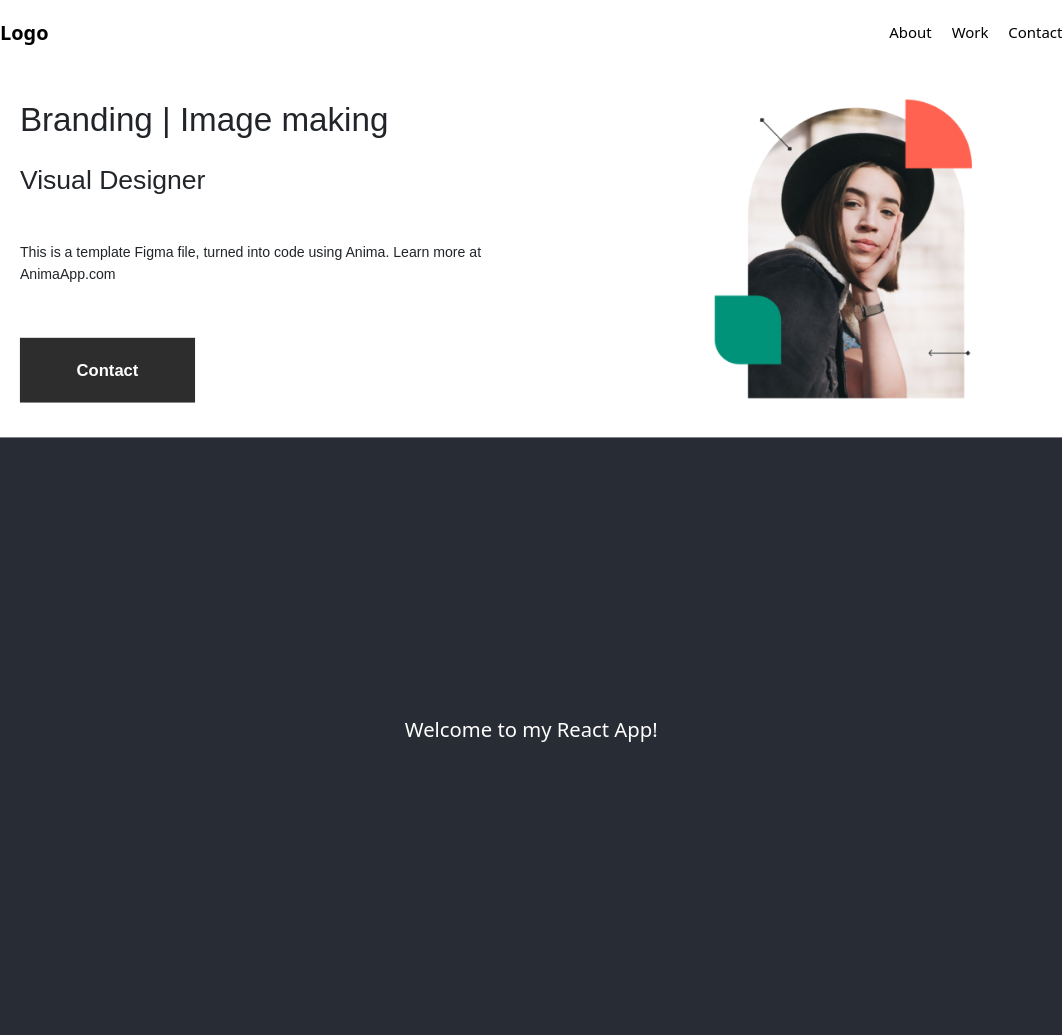
Repository: nida463/project-portofolio
Page: /
An editor plug-in stored every save of this project. The page is shown before and after the next save, followed by the edit.
The browser window is 1280 px wide. The pictures show the whole page, at 83% of full size.
Pictures or frames that could not be fetched are drawn as grey boxes. The project was rebuilt for these pictures with package versions that can differ from the ones it lists, and the page was loaded fresh each time.

Above is the page before, as saved 2024-09-17 20:39:49.

After the next save:
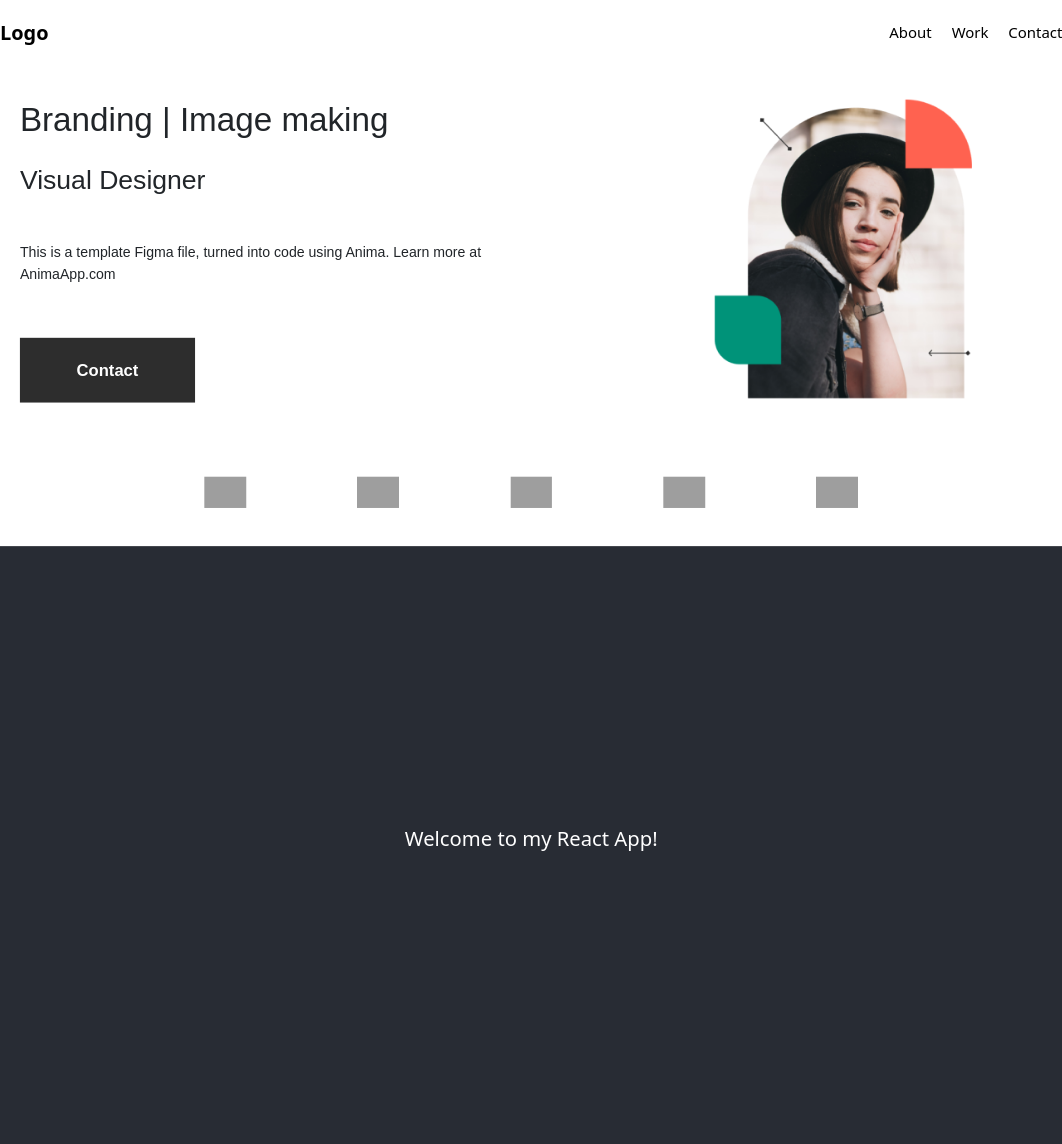
Saved 20 s later.
--- a/src/App.js
+++ b/src/App.js
@@ -9,7 +9,7 @@
     <div className="App">
       <Navbar />  {/* Panggil komponen Navbar */}
       <Header />  {/* Panggil komponen Header */}
-
+      <Logo />  {/* Panggil komponen Logo */}
       <header className="App-header">
         <p>
           Welcome to my React App! {/* Ini hanya contoh konten */}
